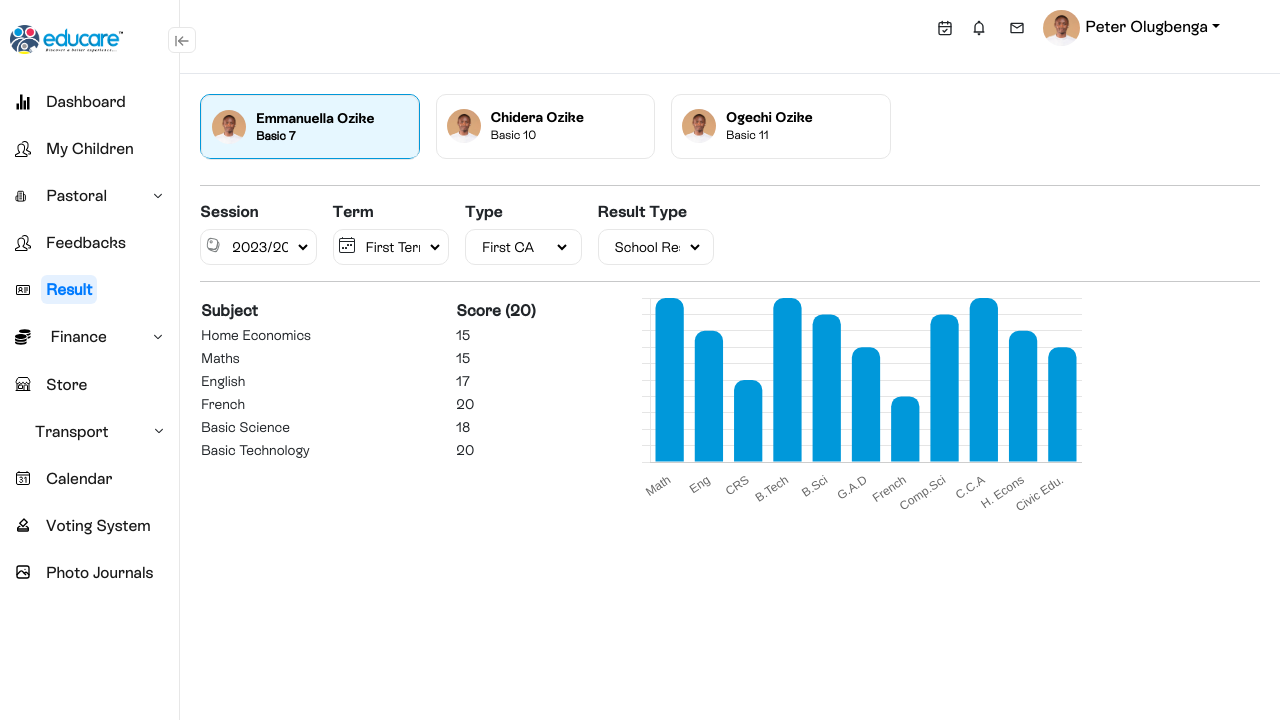
Repository: sarahnnanyelugo/educare-dashboards
Page: /result
An editor plug-in stored every save of this project. The page is shown before and after the next save, followed by the edit.
The browser window is 1280 px wide. The pictures show the whole page.
The project was rebuilt for these pictures with package versions that can differ from the ones it lists, and the page was loaded fresh each time. Also part of the build but not shown: src/Dashboards/Parents/MainView/main-view.scss, src/components/News/news.scss, src/components/News/News.js, src/TestData/newsData.js, src/TestData/schEvents.js, src/components/Calender/calender.scss, src/components/Calender/Calender.js, src/Dashboards/Parents/MainView/MainView.js and 12 more.

Above is the page before, as saved 2024-10-16 13:11:22.

After the next save:
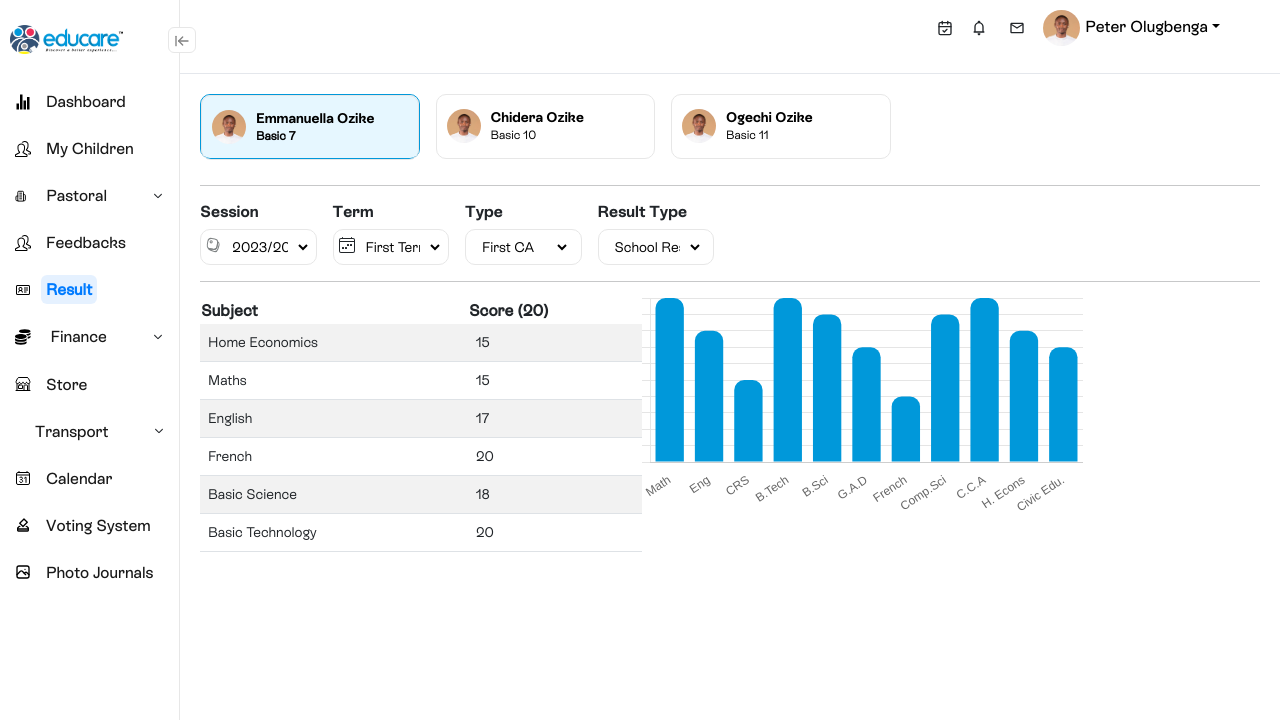
Saved 17 min 47 s later.
--- a/src/Dashboards/Parents/Result/Result.js
+++ b/src/Dashboards/Parents/Result/Result.js
@@ -107,30 +107,32 @@ export const Result = () => {
                   <th>Subject</th>
                   <th>Score (20)</th>
                 </tr>
-                <tr>
-                  <td>Home Economics</td>
-                  <td>15</td>
-                </tr>
-                <tr>
-                  <td>Maths</td>
-                  <td>15</td>
-                </tr>
-                <tr>
-                  <td>English</td>
-                  <td>17</td>
-                </tr>
-                <tr>
-                  <td>French</td>
-                  <td>20</td>
-                </tr>
-                <tr>
-                  <td>Basic Science</td>
-                  <td>18</td>
-                </tr>
-                <tr>
-                  <td>Basic Technology</td>
-                  <td>20</td>
-                </tr>
+                <tbody>
+                  <tr>
+                    <td>Home Economics</td>
+                    <td>15</td>
+                  </tr>
+                  <tr>
+                    <td>Maths</td>
+                    <td>15</td>
+                  </tr>
+                  <tr>
+                    <td>English</td>
+                    <td>17</td>
+                  </tr>
+                  <tr>
+                    <td>French</td>
+                    <td>20</td>
+                  </tr>
+                  <tr>
+                    <td>Basic Science</td>
+                    <td>18</td>
+                  </tr>
+                  <tr>
+                    <td>Basic Technology</td>
+                    <td>20</td>
+                  </tr>
+                </tbody>
               </Table>
             </div>
 
